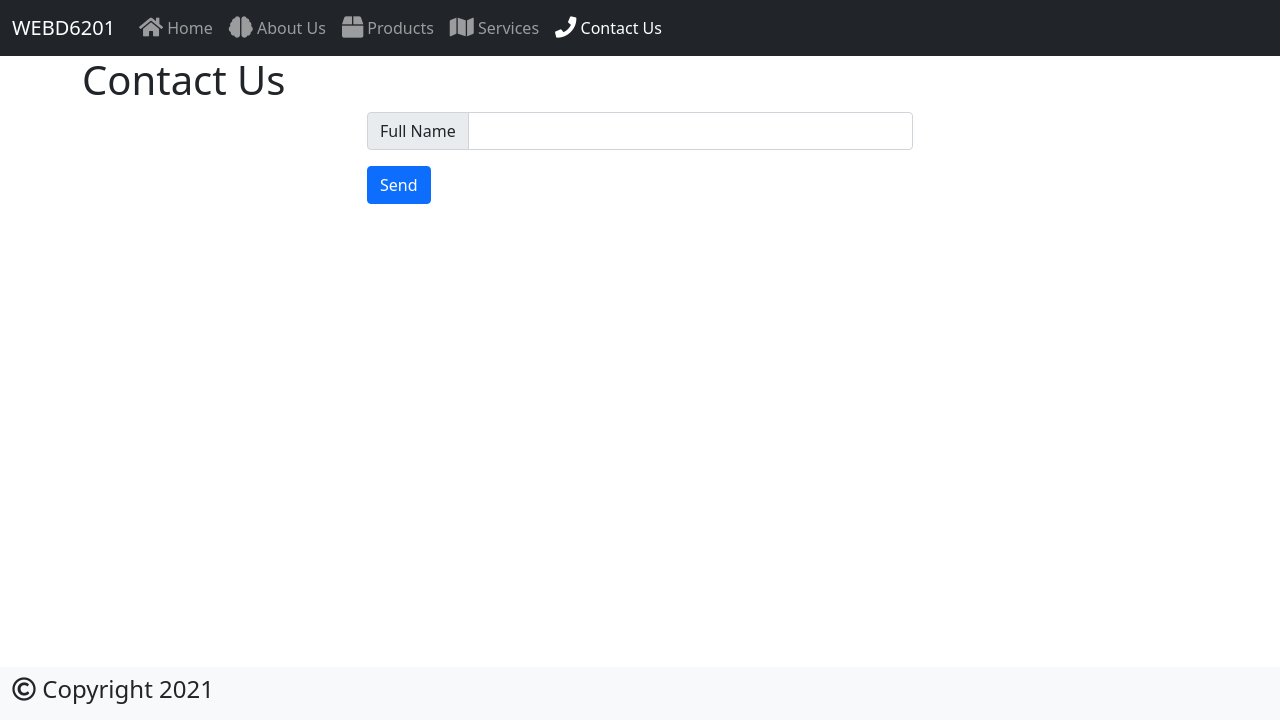
Repository: AshokSasi/WEBD6201-Week3
Page: contact.html
The author's editor kept a copy of each file at every save. The page is drawn from the files as they stood at one save, then again after the next save.
The browser window is 1280 px wide. The pictures show the whole page.

Above is the page before, as saved 2021-01-21 10:31:52.

### contact.html
<!DOCTYPE html>
<html lang="en">
<head>
    <meta charset="UTF-8">
    <meta name="viewport" content="width=device-width, initial-scale=1.0">
    <title>Contact Us</title>
    <!-- CSS Section-->
    <link rel="stylesheet" href="./Content/app.css">
    <link rel="stylesheet" href="./node_modules/bootstrap/dist/css/bootstrap.min.css">
    <link rel="stylesheet" href="./node_modules/@fortawesome/fontawesome-free/css/all.min.css">
</head>
<body>
  <!-- Main Header -->
    <header>
      <!--main navbar-->
        <nav class="navbar navbar-expand-lg navbar-dark bg-dark">
            <div class="container-fluid">
              <a class="navbar-brand" href="index.html">WEBD6201</a>
              <button class="navbar-toggler" type="button" data-bs-toggle="collapse" data-bs-target="#navbarSupportedContent" aria-controls="navbarSupportedContent" aria-expanded="false" aria-label="Toggle navigation">
                <span class="navbar-toggler-icon"></span>
              </button>
              <div class="collapse navbar-collapse" id="navbarSupportedContent">
                <ul class="navbar-nav me-auto mb-2 mb-lg-0">
                  <li class="nav-item">
                    <a class="nav-link" aria-current="page" href="index.html"><i class="fas fa-home fa-lg"></i> Home</a>
                  </li>
                  <li class="nav-item">
                    <a class="nav-link" aria-current="page" href="about.html"><i class="fas fa-brain fa-lg"></i> About Us</a>
                  </li>
                  <li class="nav-item">
                    <a class="nav-link" aria-current="page" href="products.html"><i class="fas fa-box fa-lg"></i> Products</a>
                  </li>
                  <li class="nav-item">
                    <a class="nav-link" aria-current="page" href="services.html"><i class="fas fa-map fa-lg"></i> Services</a>
                  </li>
                  <li class="nav-item">
                    <a class="nav-link active" aria-current="page" href="contact.html"><i class="fas fa-phone fa-lg"></i> Contact Us</a>
                  </li>
                </ul>

              </div>
            </div>
          </nav>
    </header>

    <!-- Main Content-->
    <main class="container">
        <h1>Contact Us</h1>

        <!--Contact us form-->
        <div class="row justify-content-md-center">
          <form class="col-lg-6 col-md-10 col-sm-10">

            <div class="input-group mb-3">
              <span class="input-group-text" id="inputGroup-sizing-default">Full Name</span>
              <input type="text" class="form-control" aria-label="Full Name" aria-describedby="Full Name Input">
            </div>

            <button type="submit" class="btn btn-primary">Send</button>
          </form>

        </div>

    </main>

    <!--Main Footer Nav -->
    <footer>
        <nav class="navbar fixed-bottom navbar-light bg-light">
            <div class="container-fluid">
              <h4><i class="far fa-copyright"></i> Copyright 2021</h4>
            </div>
          </nav>
    </footer>

    <!--Javascript section-->
    <script src="./Scripts/app.js"></script>
    <script src="./node_modules/jquery/dist/jquery.min.js"></script>
    <script src="./node_modules/bootstrap/dist/js/bootstrap.bundle.min.js"></script>
</body>
</html>

### Scripts/app.js

//IIFE Immediately Function Expression
//AKA - Anonymous Self- Executing Function
//Closure - Limits scop leak

"use strict";

(function()
{
    function displayHome()
    {
        let paragraphOneText = "This is a simple site to demonstrate DOM manipulation for ICE 1";

        let paragraphOneElement = document.getElementById("paragraphOne");

        paragraphOneElement.textContent= paragraphOneText;
        paragraphOneElement.className="fs-5";

        // Step 1: document.createElement
        let newParagraph  = document.createElement("p");
        // Step 2: Configure the element
        newParagraph.setAttribute("id","paragraphTwo");
        newParagraph.textContent = "... And this is paragraph two";
        // Step 3: Select the parent element
        let mainContent = document.getElementsByTagName("main")[0];
        // Step4: Add/Insert the element
        mainContent.appendChild(newParagraph);

        newParagraph.className = "fs-6";

        //another way of injecting content
       let paragraphDiv = document.createElement("div");
       let paragraphThree= `<p id="paragraphThree" class="fs-7 fw-bold">And this is the third paragraph</p>`;
        paragraphDiv.innerHTML = paragraphThree;

        //example of inserting before a node.
      //  newParagraph.before(paragraphDiv)

      //example of inserting after a node.
      newParagraph.after(paragraphDiv);

      //delete elements
      //paragraphOneElement.remove();

      //example of remove child
      mainContent.removeChild(paragraphOneElement);

      //update / modification
     // mainContent.firstElementChild.textContent = "Welcome Home";

     mainContent.innerHTML =
     `<h1 id="firstHeading">Welcome to WEBD6201 - ICE 1</h1>
     <p id="paragraphOne" class="fs-3 fw-bold">This is my first paragraph</p>
     `

    }

    function displayAbout()
    {

    }

    function displayProducts()
    {

    }

    function displayServices()
    {

    }

    function displayContact()
    {

    }

    function Start()
    {
        console.log("App started ...");
        console.log(document.title);
        switch (document.title)
        {
          case "Home":
              displayHome();
            break;
          case "About":
              displayAbout();
            break;
          case "Products":
              displayProducts();
            break;
          case "Services":
              displayServices();
            break;
          case "Contact Us":
              displayContact();
            break;
        }


    }
    window.addEventListener("load", Start);
})();

Loaded but not shown: node_modules/bootstrap/dist/css/bootstrap.min.css (library); node_modules/@fortawesome/fontawesome-free/css/all.min.css (library); node_modules/jquery/dist/jquery.min.js (library); node_modules/bootstrap/dist/js/bootstrap.bundle.min.js (library); Content/app.css (no stored copy; drawn as an empty file)

After the next save:
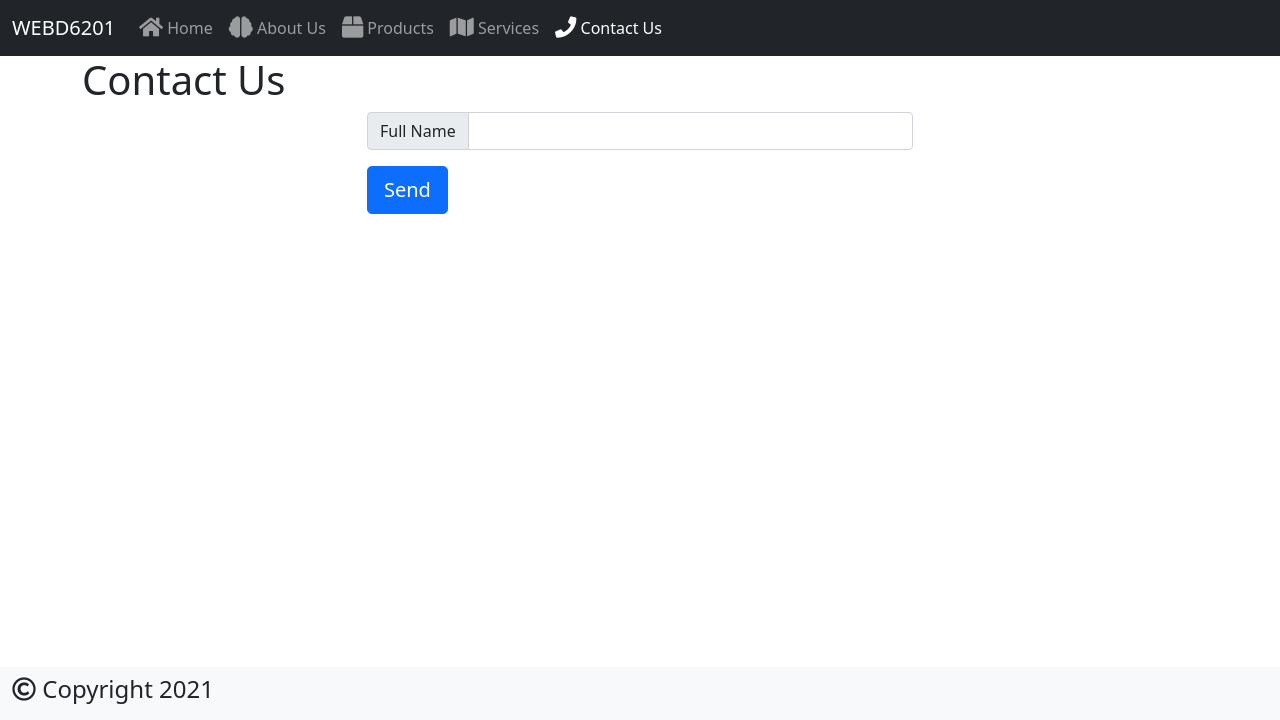
Saved 10 s later.
--- a/contact.html
+++ b/contact.html
@@ -56,7 +56,7 @@
               <input type="text" class="form-control" aria-label="Full Name" aria-describedby="Full Name Input">
             </div>
 
-            <button type="submit" class="btn btn-primary">Send</button>
+            <button type="submit" class="btn btn-primary btn-lg">Send</button>
           </form>
 
         </div>
